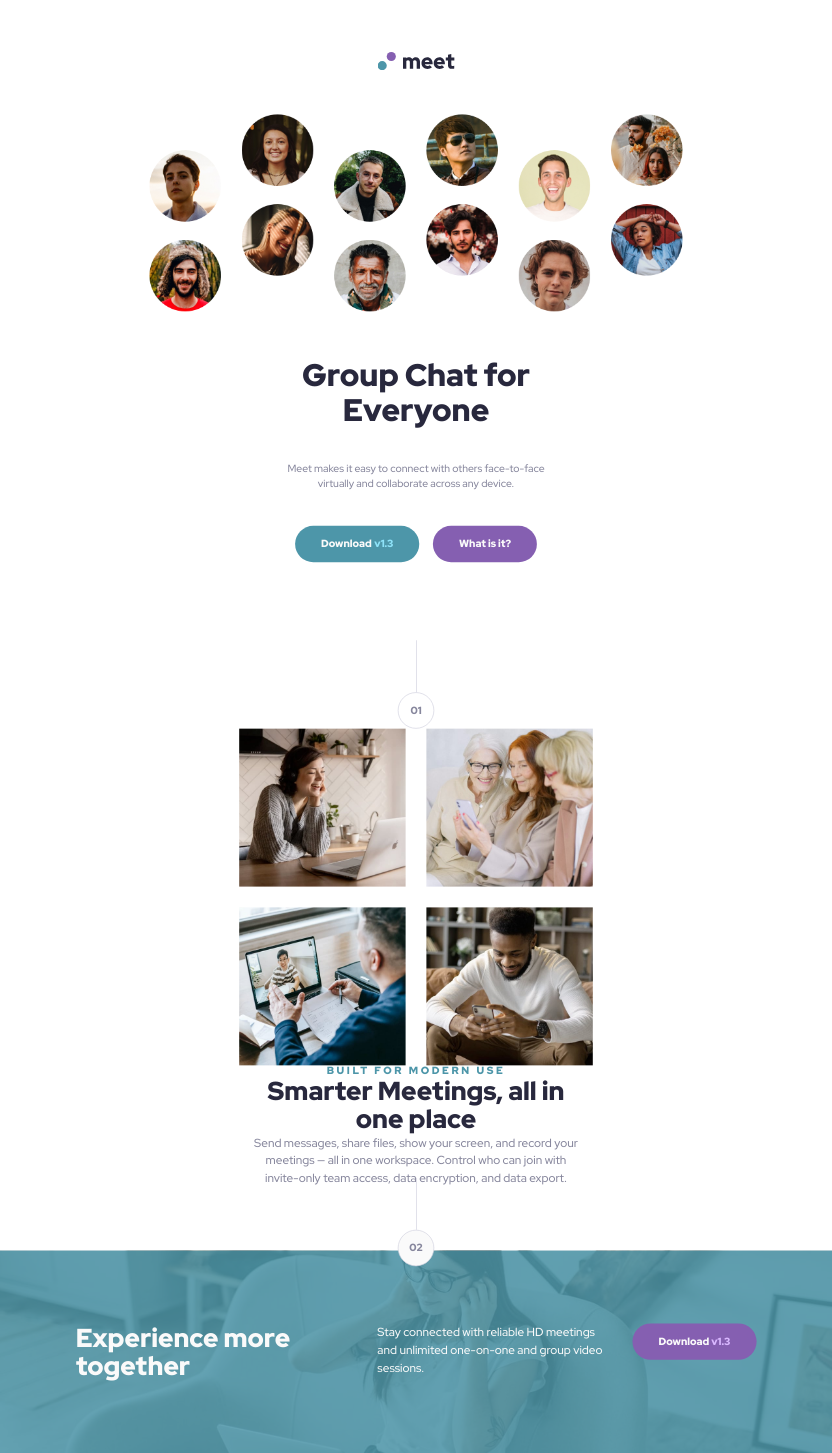
Repository: brandontaylor1/meet-landing-page
Page: index.html
The author's editor kept a copy of each file at every save. The page is drawn from the files as they stood at one save, then again after the next save.
The browser window is 1280 px wide. The pictures show the whole page, at 65% of full size.

Above is the page before, as saved 2025-01-13 19:38:08.

After the next save:
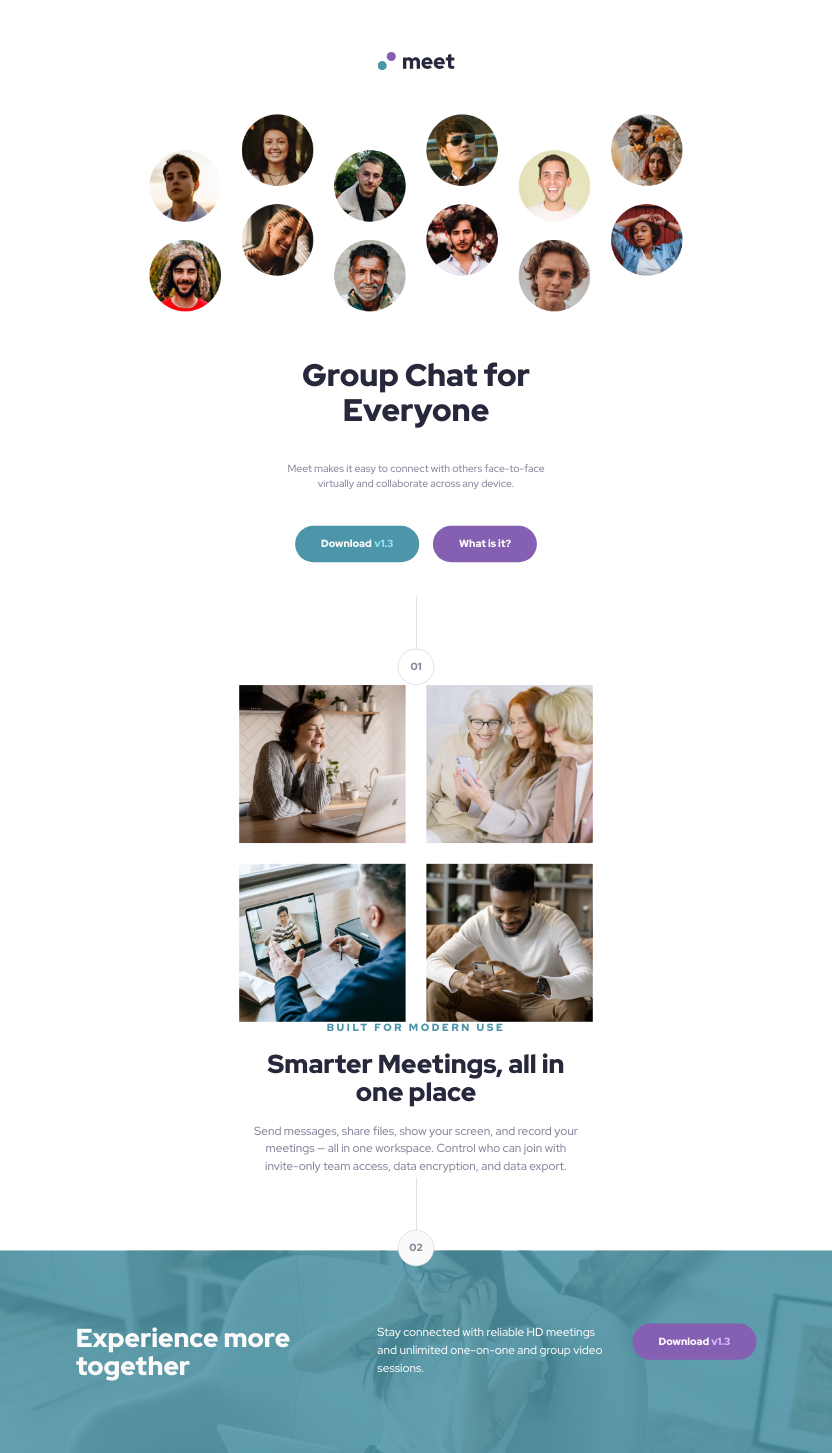
Saved 20 s later.
--- a/styles.css
+++ b/styles.css
@@ -321,8 +321,10 @@ body {
     .main-content {
         width: 100%;
         padding: 56px 40px 72px 40px;
+    }
+
+    .content {
         height: auto;
-
     }
 
     .image-container {
